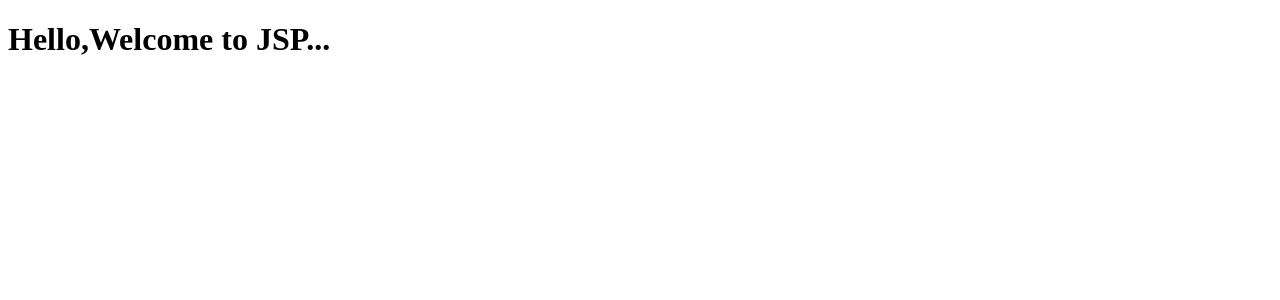
Repository: Mounika1417/assignments
Page: http://localhost/TestJSP/test.jsp
The author's editor kept a copy of each file at every save. The page is drawn from the files as they stood at one save, then again after the next save.
The browser window is 1280 px wide. The pictures show the whole page.
The page is served by Tomcat 9.

Above is the page before, as saved 2024-07-29 06:23:21.

After the next save:
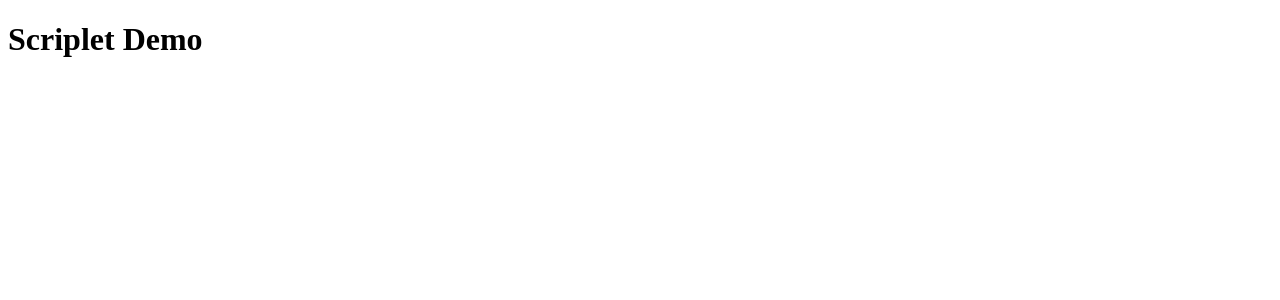
Saved 44 min 20 s later.
--- a/TestJSP/src/main/webapp/test.jsp
+++ b/TestJSP/src/main/webapp/test.jsp
@@ -8,7 +8,12 @@
 </head>
 <body>
 
-<h1>Hello,Welcome to JSP...</h1>
+<h1>Scriplet Demo</h1>
+
+<%
+for (int i=0;i<=10;i++)
+	System.out.println(i);
+%>
 
 </body>
 </html>
